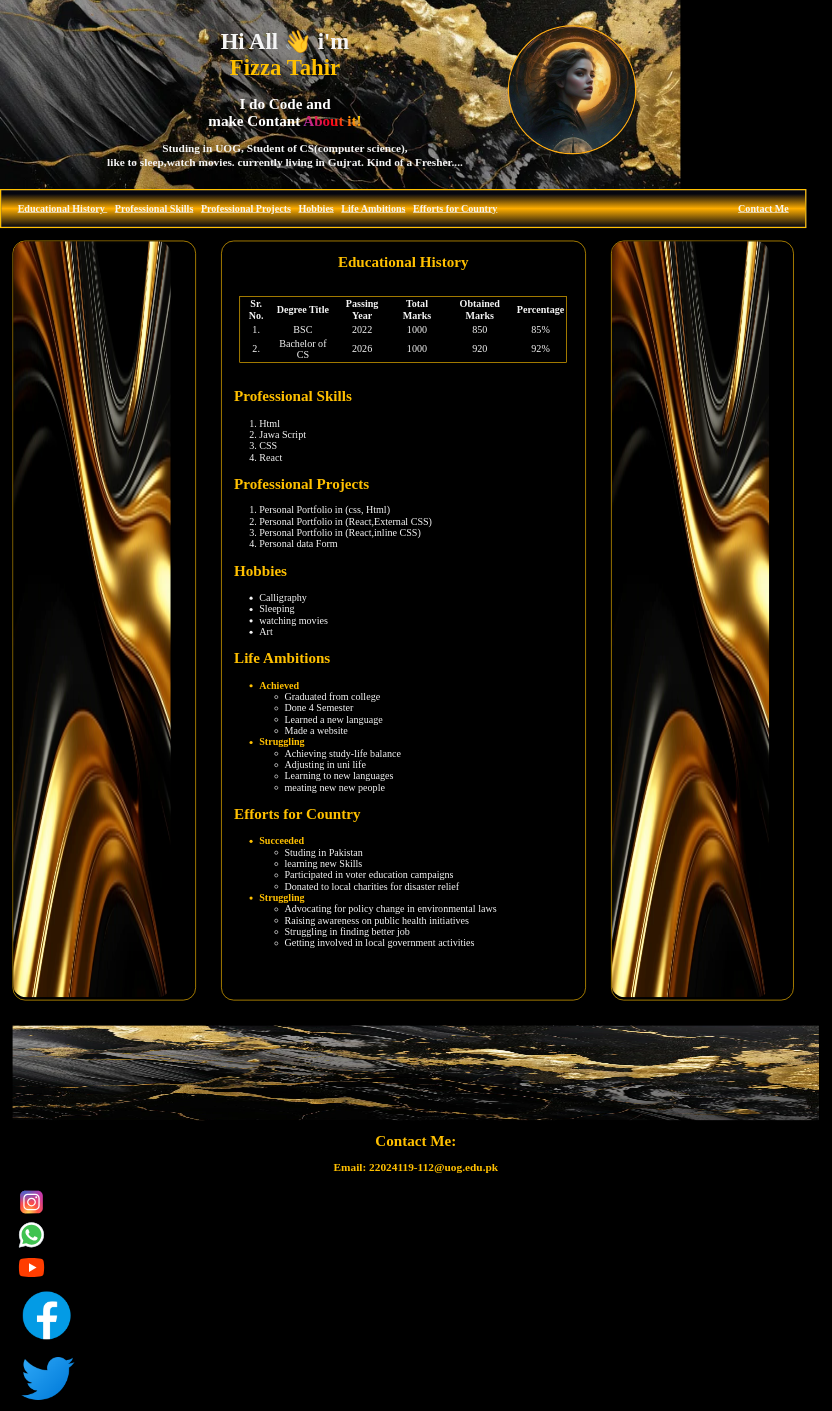
Repository: Fizza-112/project
Page: /
These files come from the project's save history. The page is drawn as it stood at one moment and after a run of saves; the edit follows.
The browser window is 1280 px wide. The page is 1320 px wide, so the pictures cover 1320 px, including what lies to the right of the window. The pictures show the whole page, at 63% of full size.
The project was rebuilt for these pictures with package versions that can differ from the ones it lists, and the page was loaded fresh each time. Also part of the build but not shown: vite.config.ts.

Above is the page before, as saved 2024-09-20 13:33:07.

### src/App.tsx

import "./App.css"

import instaimg from "./components/icons8-insta.svg"
import whatsappimg from "./components/icons8-whatsapp.svg"
import youtubeimg from "./components/icons8-youtube.svg"
import facebookimg from "./components/facebook icon.png"
import twitterimg from "./components/twitter.png"
import marbelimg from "./components/marbel.webp"
import profimg from "./assets/WhatsApp Image 2024-09-20 at 8.07.10 AM.jpeg"
import sidedivimg from "./assets/sidediv.webp"

const App = () => {
  return (
    <>
    <header>
    <div className="header-container">
      {/* Base image */}
      <img
        className="base-image"
         src={marbelimg}
        alt="Profile"
      />

      {/* Content inside the header */}
      <div className="header-content">
        <h1 className="header-text"><b>Hi All 👋 i'm <br/><span className="nam"> Fizza Tahir</span> </b></h1>
        <div> <h2 className="contant">I do Code and<br/> make Contant <span className="span">About it!</span> </h2></div>
        <p className="sub-text">Studing in UOG, Student of CS(computer science),<br/>
        like to sleep,watch movies. currently living in Gujrat. Kind of a Fresher....</p>
      </div>

      {/* Another image (e.g., profile or other image) on the right side */}
      <img
        className="side-image"
         src={profimg}
        alt="Profile on Right"
      />
    </div>

  </header>


    <nav id="nav">
      <div>
  <a href='#EducationalHistory'>Educational History </a>
  <a href='#ProfessionalSkills'>Professional Skills</a>
  <a href="#ProfessionalProjects">Professional Projects</a>
  <a href="#Hobbies">Hobbies</a>
  <a href="#life-ambitions">Life Ambitions</a>
  <a href="#efforts-for-country">Efforts for Country</a>
  </div>
  <div>
  <a href="#Contact-Me">Contact Me</a>
  </div>
</nav>

<div className="div">
<div id="blank-div">
  <img className="leftdiv"src={sidedivimg} alt="img" />
</div>

<div id='main-contant'>

  <div id="EducationalHistory">

    <h2 className='nam'>Educational History</h2>
        <table>
            <thead >
                <tr>
                    <th>Sr. No.</th>
                    <th>Degree Title</th>
                    <th>Passing Year</th>
                    <th>Total Marks</th>
                    <th>Obtained Marks</th>
                    <th>Percentage</th>
                </tr>
            </thead>
            <tbody>
                <tr>
                    <td>1.</td>
                    <td>BSC</td>
                    <td>2022</td>
                    <td>1000</td>
                    <td>850</td>
                    <td>85%</td>
                </tr>
                <tr>
                    <td>2.</td>
                    <td>Bachelor of CS</td>
                    <td>2026</td>
                    <td>1000</td>
                    <td>920</td>
                    <td>92%</td>
                </tr>
            </tbody>
        </table>

  </div>

  <div id="ProfessionalSkills">
<h2 className='nam'>Professional Skills</h2>
<ol>
<li>Html</li>
<li>Jawa Script</li>
<li>CSS</li>
<li>React</li>
</ol>
   </div>

  <div id="ProfessionalProjects">
<h2 className='nam'>Professional Projects</h2>
<ol>
<li>Personal Portfolio in (css, Html)</li>
<li>Personal Portfolio in (React,External CSS)</li>
<li>Personal Portfolio in (React,inline CSS)</li>
<li>Personal data Form</li>
</ol>
   </div>

  <div id="Hobbies">
<h2 className='nam'>Hobbies</h2>
<ul>
<li>Calligraphy</li>
<li>Sleeping</li>
<li>watching movies</li>
<li>Art</li>
</ul>
   </div>

   <div id="life-ambitions">
    <h2 className='nam'>Life Ambitions</h2>
    <ul>
      <li className='nam'><b >Achieved</b></li>
      <ul>
        <li>Graduated from college</li>
        <li>Done 4 Semester </li>
        <li>Learned a new language</li>
        <li>Made a website </li>
      </ul>
      <li className='nam'><b >Struggling</b></li>
      <ul>
        <li>Achieving study-life balance</li>
        <li>Adjusting in uni life</li>
        <li>Learning to new languages</li>
        <li>meating new new people</li>
      </ul>
    </ul>
    </div>

    <div id="efforts-for-country">
    <h2 className='nam'>Efforts for Country</h2>
    <ul>
      <li className='nam'><b >Succeeded</b></li>
      <ul>
        <li>Studing in Pakistan</li>
        <li>learning new Skills</li>
        <li>Participated in voter education campaigns</li>
        <li>Donated to local charities for disaster relief</li>
      </ul>
      <li className='nam'><b >Struggling</b></li>
      <ul>
        <li>Advocating for policy change in environmental laws</li>
        <li>Raising awareness on public health initiatives</li>
        <li>Struggling in finding better job</li>
        <li>Getting involved in local government activities</li>
      </ul>
    </ul>
  </div>

  </div>
  <div id="end">
  <img className="rightdiv"src={sidedivimg} alt="img" />
  </div>
  </div>

<div id="Contact-Me">
  <footer>
  <div className="footer-container">
      {/* Base image for footer */}
      <img
       className="footer-image"
       src={marbelimg}
      alt="Profile"
      />

      {/* Footer content (heading and icons) */}
      <div className="footer-content">
        <h2 className="footer-heading">Contact Me:</h2>
        <h3 className="footer-email">Email: 22024119-112@uog.edu.pk</h3>

        {/* Social media icons */}
        <div className="social-icons">
        <a href="https://www.instagram.com/" target='_blank'><img src={instaimg} alt='icon' className='icons'></img></a>
  <a href="https://web.whatsapp.com/" target='_blank'><img src={whatsappimg} alt='icon' className='icons'></img></a>
  <a href="https://www.youtube.com/" target='_blank'><img src={youtubeimg} alt='icon' className='icons'></img></a>
  <a href="https://www.facebook.com/login/?next=https%3A%2F%2Fwww.facebook.com%2F" target='_blank'><img src={facebookimg} alt='icon' className='icons'></img></a>
  <a href="https://twitter.com/i/flow/login" target='_blank'><img src={twitterimg} alt='icon' className='icons'></img></a>

        </div>
      </div>
    </div>
    </footer>
  </div>
    </>
  )
}

export default App

### src/App.css
body{
  margin: 0px;
  padding: 0px;

  /* background-color:bisque;
  background-image: linear-gradient(19deg, bisque 0%, #989fff 100%);
   */
   /* background-color:bisque;
background-image: linear-gradient(62deg, bisque 0%, #945cfd 100%); */
/* background-color: #001886;
background-image: linear-gradient(43deg, #001886 0%, #05060f 46%, #001886  100%); */
background-color:black;



}
.header-container{
  display: flex;
  align-items: center;
  justify-content: center;
  width: 200%;
  height: 300px;
  /* color:aliceblue;
  background-color: #0c0c0c;
background-image: linear-gradient(43deg, gold 0%,#161516 46%, black 100%); */
position: relative;
max-width: 1080px;

}

.base-image{
  width: 200%;
  height: 300px;
 background-size:contain;
 object-fit: cover;
}
.header-content {
  position: absolute;
  top: 20px; /* Adjust padding from top */
  left: 20px; /* Adjust padding from left */
  color: white;

}
@media (max-width: 768px){
header{
  display: flex;
  align-items: center;
  justify-content: center;
  width: 100%;
  color:aliceblue;
  background-color: #001886;
  background-image: linear-gradient(180deg, #05060f 10%,#001886   50%, #05060f 100%);
/* background-image: linear-gradient(43deg, #001886 0%, #05060f 46%, #001886  100%);  */
max-width: 768px;
padding-left: 10px;
}
}

.header-text{
  /*
  /* color:#880808;
  color:#ffc000; */
 color: whitesmoke;
 text-align: center;
  font-size: 36px;
  font-weight: bold;
  margin-left: 150px;

}
.sub-text{
  color:whitesmoke;
  text-align: center;
  font-weight: 700;
  text-align: center !important;
  font-size: 18px;
  margin-left: 150px;
}
.contant{
  text-align: center;
  margin-left: 150px;
}
.span{

  background: -webkit-linear-gradient(43deg, #a241d0 0%, #f90118 46%, #fff500 100%);
  -webkit-background-clip: text;
  -webkit-text-fill-color: transparent;
}

.side-image{
  width: 200px;
  border-radius: 50%;
  margin-top: 20px;
  border:2px solid rgb(253, 171, 19);
  position: absolute;
  top: 20px;              /*  match header's top */
  right: 20px;             /* Position it on the right side */

  object-fit: cover; /* Maintain aspect ratio */
  display:block;
 margin-right: 50px;

}
.side-image:hover{
  border: 3px solid gold;
}
#nav{
  display: flex;
  align-items:center;
  justify-content: space-between;
   padding: 20px;
   background-color:  #001886;
   background-image: linear-gradient(180deg, #05060f 10%, rgb(255, 174, 0)   50%, #05060f 100%);
   /* background-image: linear-gradient(180deg, #001886 10%, #05060f 50%, #001886  100%); */
   /* background-color: #001886;
   background-image: linear-gradient(43deg, #001886 0%, #05060f 46%, #001886  100%);  */
  border: 2px solid #ffc000;
}
@media (max-width: 768px){
#nav{
  max-width: 798px;

  display: flex;
  align-items:center;
  justify-content: space-between;
   padding: 20px;
   background-color:  #001886;
   background-image: linear-gradient(180deg, #05060f 10%,#001886   50%, #05060f 100%);
   /* background-image: linear-gradient(180deg, #001886 10%, #05060f 50%, #001886  100%); */
   /* background-color: #001886;
   background-image: linear-gradient(43deg, #001886 0%, #05060f 46%, #001886  100%);  */
  border: 2px solid #ffc000;

}
}
.div{
  display: flex;


}
#blank-div{
width: 25%;
border: 1px solid #ffc000 ;
                    /*    left box contant border */
margin: 20px;
border-radius:20px;

}
.leftdiv{
  width:250px;
  height:1200px;
  border-radius:20px;
}
#main-contant{
  width: 50%;
  border: 1px solid #ffc000;      /*center contant border*/
  margin: 20px;
border-radius:20px;
}
#end{
  width: 25%;
  border: 1px solid #ffc000;     /*right contant border*/

  margin: 20px;
  border-radius:20px;

}
a{
  color: whitesmoke;
  margin: 6px;
  font-weight: 800;
}


table{
  border: 1px solid #ffc000;       /*table border*/
  justify-content:center;
  align-items:center;
  text-align: center;
 width: 90%;
  margin: 20px;
}
@media (max-width: 768px){
table{
  max-width: 768px;
  border: 1px solid #ffc000;       /*table border*/
  justify-content:center;
  align-items:center;
  text-align: center;
 width: 90%;
  margin: 20px;
}
}
#EducationalHistory{
  color:whitesmoke;
  width:100%;
  display:flex;
  flex-direction: column;
  justify-content: center;
  align-items:center;
}
#ProfessionalSkills{
  margin-left: 20px;
  color:whitesmoke;
}
#ProfessionalProjects{
  margin-left: 20px;
  color:whitesmoke;
}
#Hobbies{
  margin-left: 20px;
  color:whitesmoke;
}
#life-ambitions{
  margin-left: 20px;
  color:whitesmoke;
}
#efforts-for-country{
  margin-left: 20px;
  color:whitesmoke;
}
@media (max-width:768px){
#efforts-for-country{
  max-width: 768px;
  color:whitesmoke;
}
}
.nam{
  color:#ffc000;
}

.footer-container{
  text-align: center;
  /* background-color:  #001886;
background-image: linear-gradient(180deg, #05060f 10%,#001886   50%, #05060f 100%);
/*  */
  /* background-color: #001886;
  background-image: linear-gradient(43deg, #001886 0%, #05060f 46%, #001886  100%);  */
  color:whitesmoke;
  margin: 20px, 0px 0px, 0px;
  padding:20px;
  height: 150px;
  position: relative;
  width: 100%;
  margin-left: 0px;

}

.footer-image{
  width: 100%;
  height: 150px;
  margin-left: 0px;
  height: 150px;
  display: block;
}

.footer-heading{
font-size: 24px;
  font-weight: bold;
  margin-bottom: 10px;
 color:#ffc000;

}
.footer-email{
  color:#ffc000;
  font-size: 18px;
  margin-bottom: 20px;
}



#logo{
  display: flex;
  justify-content: center;
  align-items:center;
}
.social-icons{
  width: 35px;
  height: auto;
}
#icons:hover{

  background: linear-gradient( #0f2027, #203a43,#2c5364);
}
.rightdiv{
  width:250px;
  height:1200px;
  border-radius:20px;
}

Loaded but not shown: index.html (common file); src/main.tsx (common file); src/index.css (no stored copy; drawn as an empty file)

After the next 2 saves:
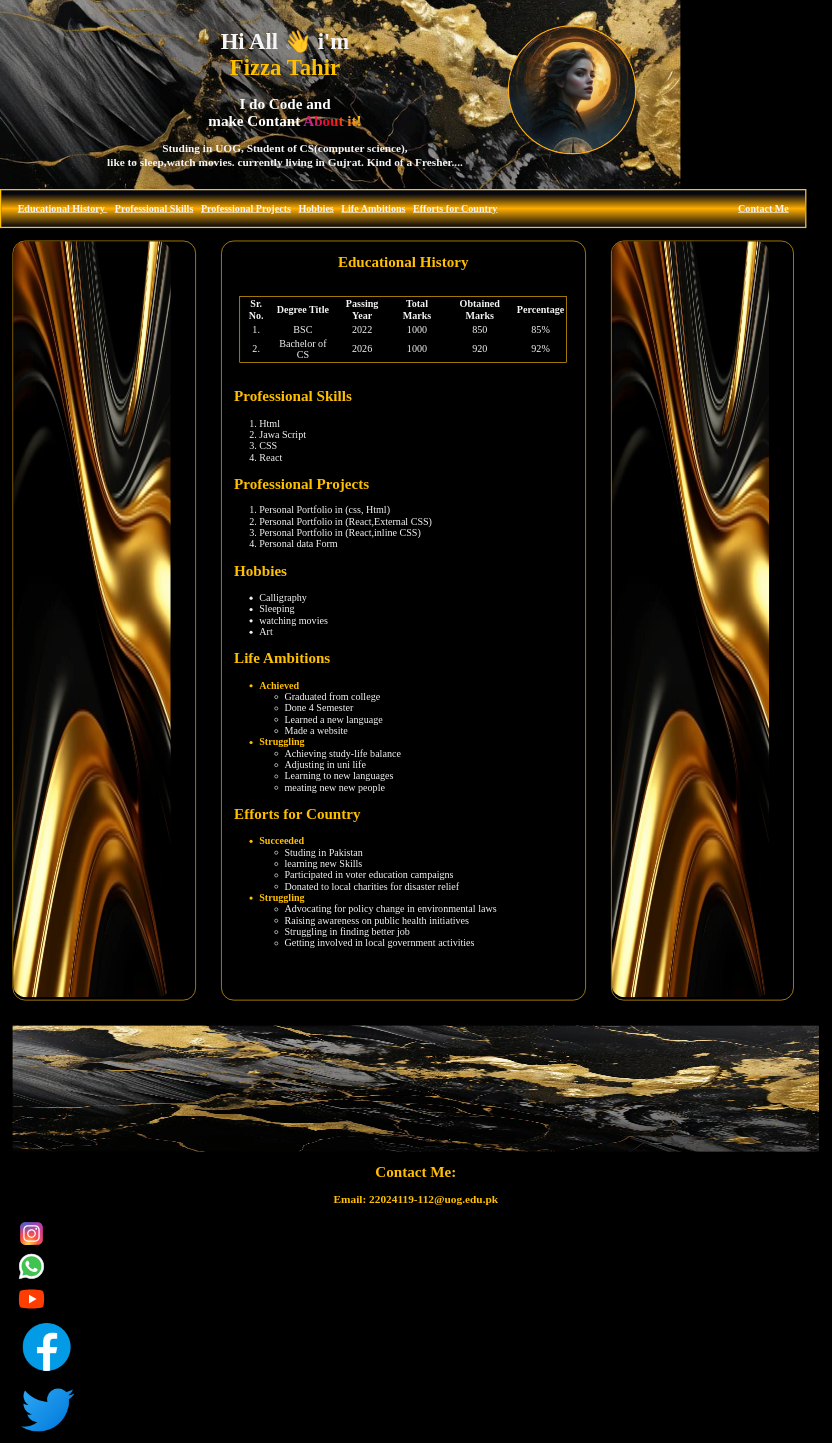
The 2 saves are shown as one change because they came seconds apart.
The last was saved 16 s later.
--- a/src/App.css
+++ b/src/App.css
@@ -249,7 +249,7 @@ background-image: linear-gradient(180deg, #05060f 10%,#001886   50%, #05060f 100
   width: 100%;
   height: 150px;
   margin-left: 0px;
-  height: 150px;
+  height: 200px;
   display: block;
 }
 
